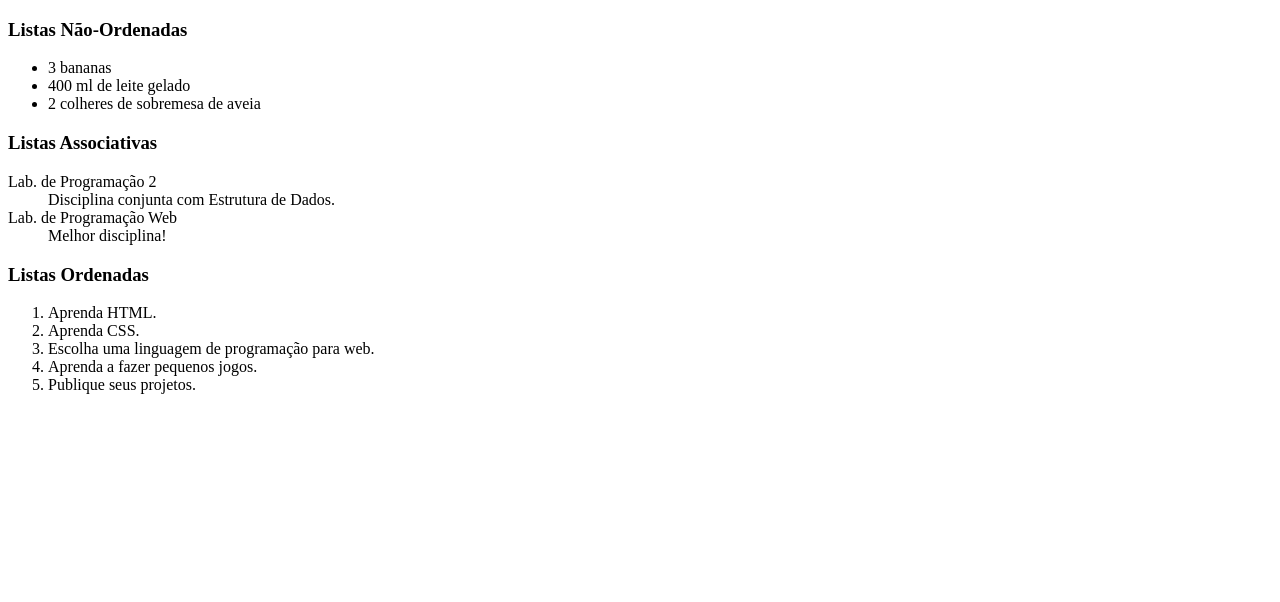
Repository: BellaXavier/DCC121_22
Page: index.html
These files come from the project's save history. The page is drawn as it stood at one moment and after the next save; the edit follows.
The browser window is 1280 px wide. The pictures show the whole page.

Above is the page before, as saved 2022-05-15 21:28:18.

### index.html
<!DOCTYPE html>
<html lang="pt-br">
<head>
    <meta charset="UTF-8">
    <title>Aula 04</title>
</head>
<body>
    <h3>Listas Não-Ordenadas</h3>
    <ul>
        <li>3 bananas</li>
        <li>400 ml de leite gelado</li>
        <li>2 colheres de sobremesa de aveia</li>
    </ul>

    <h3>Listas Associativas</h3>
    <dl>
        <dt>Lab. de Programação 2</dt>
            <dd>Disciplina conjunta com Estrutura de Dados.</dd>
        <dt>Lab. de Programação Web</dt>
            <dd>Melhor disciplina!</dd>
    </dl>

    <h3>Listas Ordenadas</h3>
    <ol type="1">
        <li>Aprenda HTML.</li>
        <li>Aprenda CSS.</li>
        <li>Escolha uma linguagem de programação para web.</li>
        <li>Aprenda a fazer pequenos jogos.</li>
        <li>Publique seus projetos.</li>
    </ol>
</body>
</html>

After the next save:
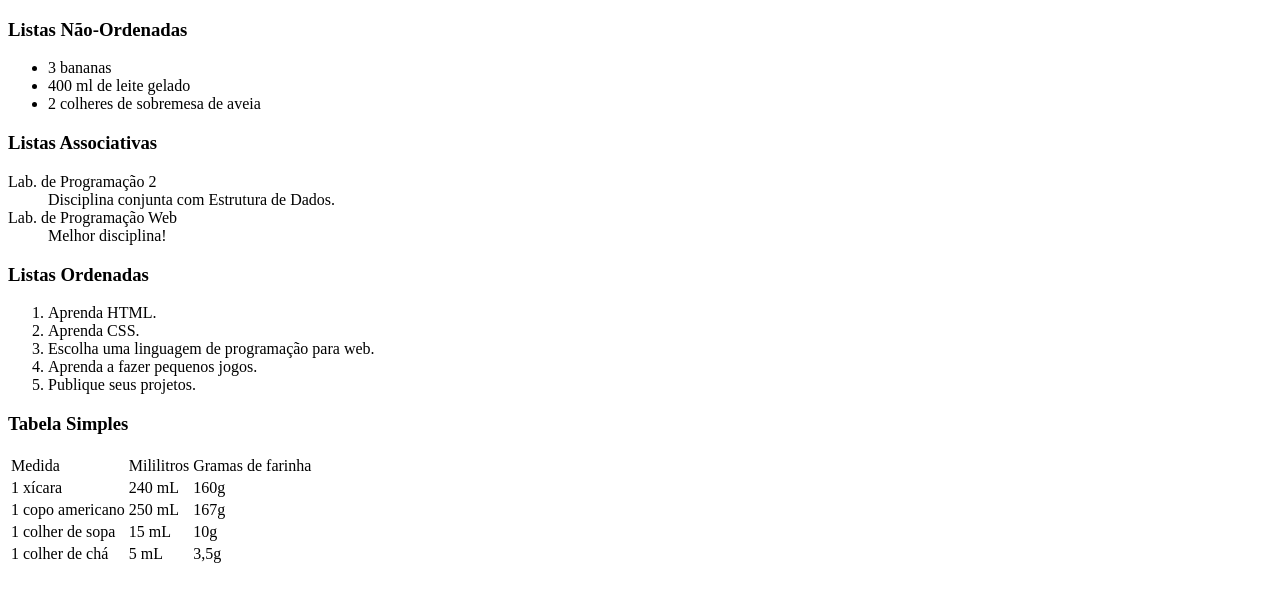
Saved 6 min 9 s later.
--- a/index.html
+++ b/index.html
@@ -28,5 +28,34 @@
         <li>Aprenda a fazer pequenos jogos.</li>
         <li>Publique seus projetos.</li>
     </ol>
+
+    <h3>Tabela Simples</h3>
+    <table>
+        <tr>
+            <td>Medida</td>
+            <td>Mililitros</td>
+            <td>Gramas de farinha</td>
+        </tr>
+        <tr>
+            <td>1 xícara</td>
+            <td>240 mL</td>
+            <td>160g</td>
+        </tr>
+        <tr>
+            <td>1 copo americano</td>
+            <td>250 mL</td>
+            <td>167g</td>
+        </tr>
+        <tr>
+            <td>1 colher de sopa</td>
+            <td>15 mL</td>
+            <td>10g</td>
+        </tr>
+        <tr>
+            <td>1 colher de chá</td>
+            <td>5 mL</td>
+            <td>3,5g</td>
+        </tr>
+    </table>
 </body>
 </html>
